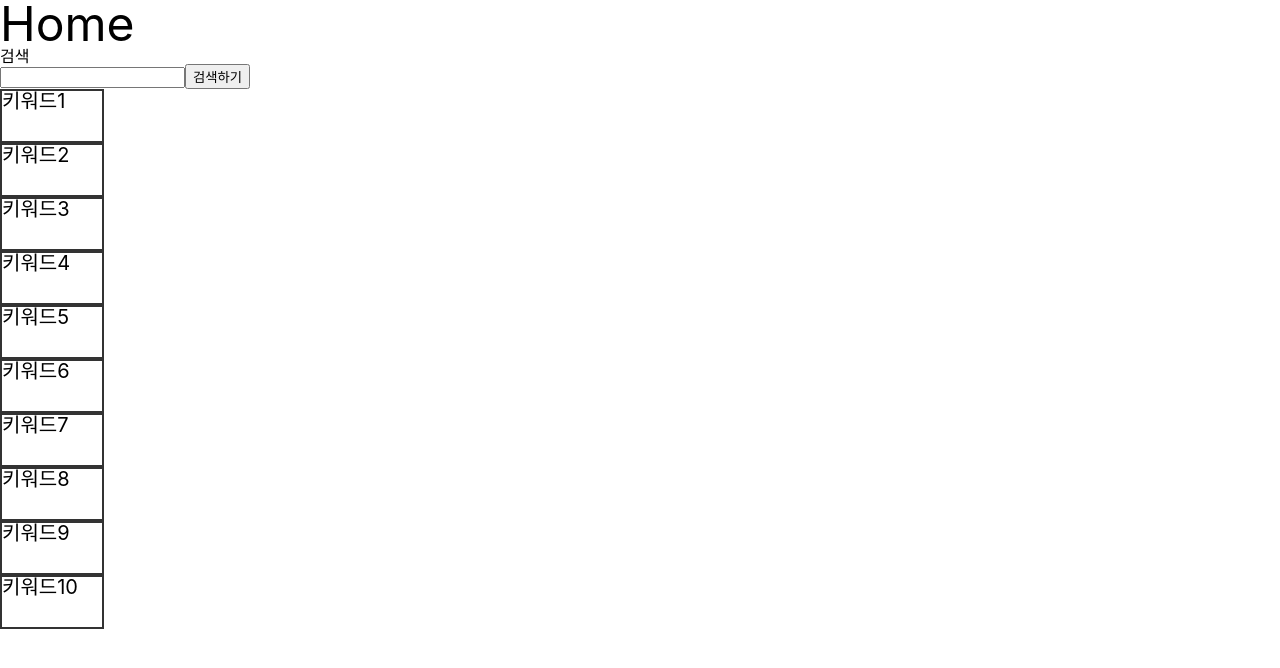
Repository: sunoo-lee/Star-Explore
Page: /
These files come from the project's save history. The page is drawn as it stood at one moment and after the next save; the edit follows.
The browser window is 1280 px wide. The pictures show the whole page.
The project was rebuilt for these pictures with package versions that can differ from the ones it lists, and the page was loaded fresh each time.

Above is the page before, as saved 2022-10-14 03:15:56.

After the next save:
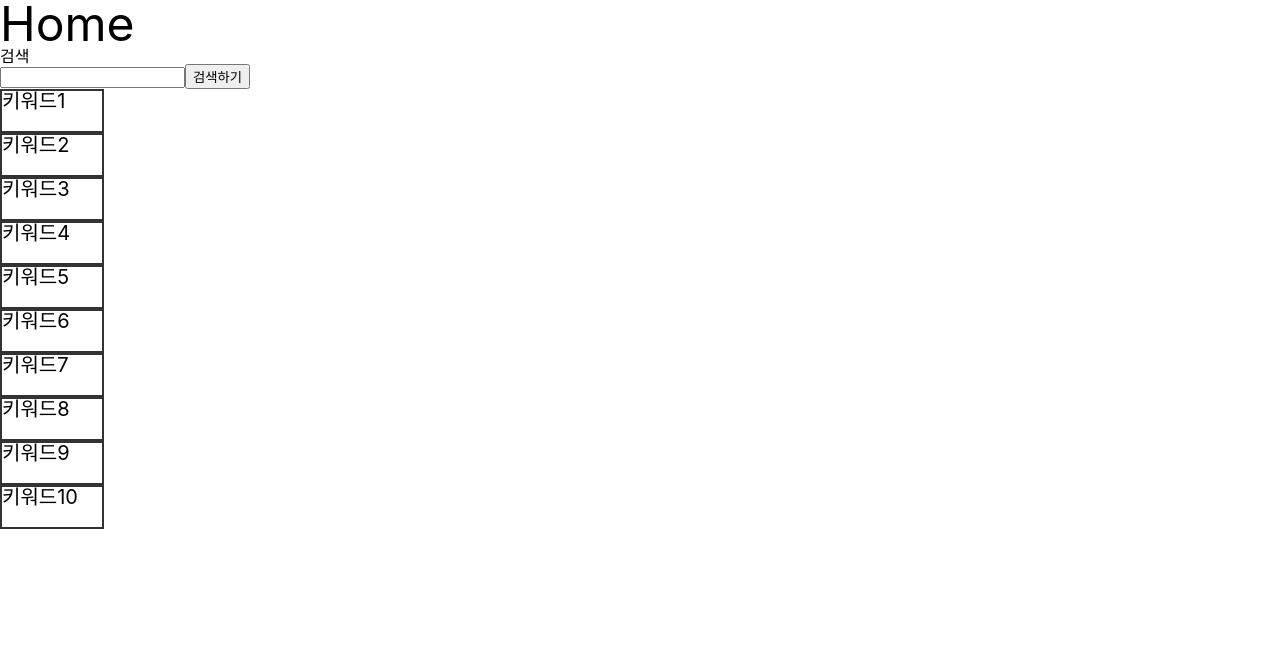
Saved 5 s later.
--- a/src/Style.css
+++ b/src/Style.css
@@ -21,6 +21,6 @@ h1 {
   display: inline-block;
   font-size: 20px;
   width: 100px;
-  height: 50px;
+  height: 40px;
   border: 2px solid #333333;
 }
